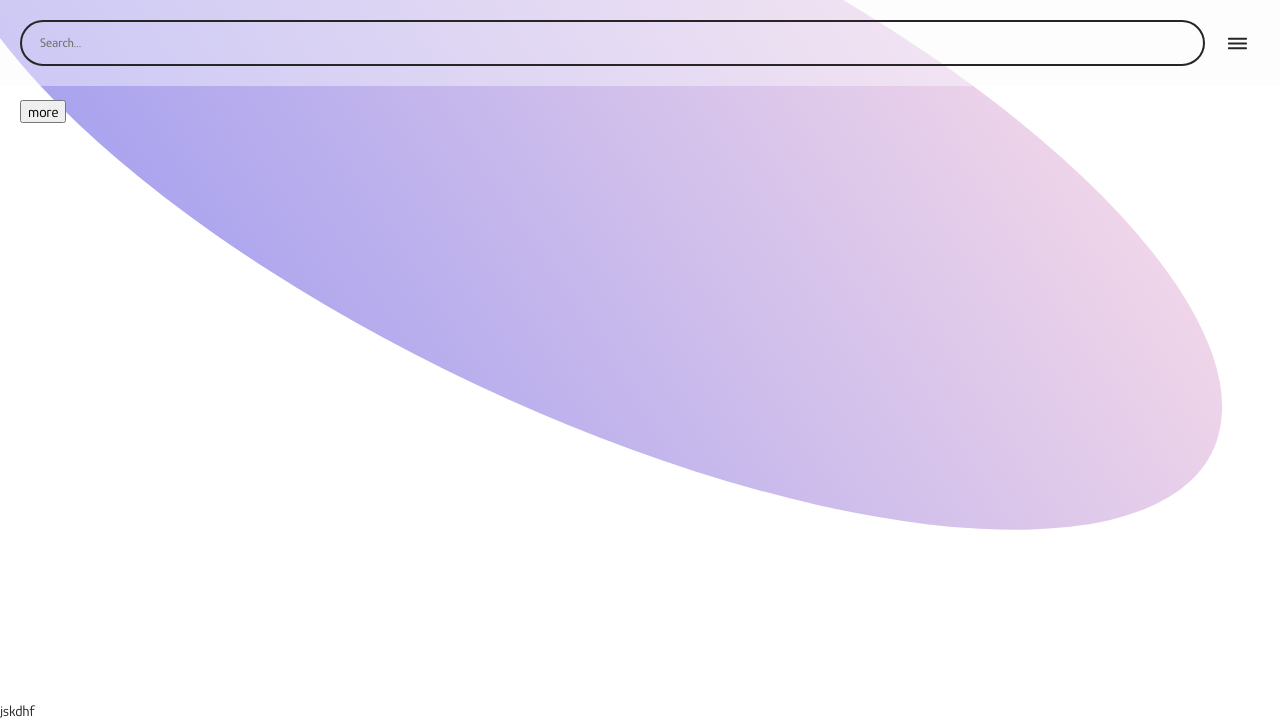
Repository: Axeliriya/my-test
Page: /
These files come from the project's save history. The page is drawn as it stood at one moment and after the next save; the edit follows.
The browser window is 1280 px wide. The pictures show the whole page.
The page's requests for data from a server got no answer. The project was rebuilt for these pictures with package versions that can differ from the ones it lists, and the page was loaded fresh each time. No one was signed in, and anything a server would have sent is missing. Also part of the build but not shown: src/components/ProductList/ProductList.tsx, src/components/ProductItem/ProductItem.tsx.

Above is the page before, as saved 2022-04-05 15:50:12.

### public/index.html
<!DOCTYPE html>
<html lang="en">
  <head>
    <meta charset="utf-8" />
    <link rel="icon" href="%PUBLIC_URL%/favicon.ico" />
    <meta name="viewport" content="width=device-width, initial-scale=1" />
    <meta name="theme-color" content="#9796F0" />
    <title>React App</title>
  </head>
  <body>
    <div id="root"></div>
  </body>
</html>

### src/index.tsx
import { createRoot } from 'react-dom/client';
import { App } from './components';
import './assets/styles/main.scss';

const root = createRoot(document.getElementById('root') as HTMLDivElement);
root.render(<App />);

### src/components/index.ts
export * from './App/App';
export * from './Layout/Layout';
export * from './Header/Header';
export * from './Button/Button';
export * from './Input/Input';
export * from './ProductList/ProductList';
export * from './ProductItem/ProductItem';
export * from './Main/Main';

### src/assets/styles/main.scss
@import './base/normalize';
@import './base/fonts';
@import './utils/variables';
@import './utils/mixins';
@import './utils/placeholder';
@import './base/body';

### src/components/App/App.tsx
import { useEffect, useState } from 'react';
import { Layout, ProductList } from '..';
import { ProductModel } from '../../interfaces/product.interface';
import { getProducts } from '../../services/api-service';
import styles from './App.module.scss';
// import { AppProps } from './App.props';

export const App = (): JSX.Element => {
  return (
    <div className={styles.app}>
      <Layout />
    </div>
  );
};

### src/components/Layout/Layout.tsx
import { Header, Input, Main } from '..';
import styles from './Layout.module.scss';
import { LayoutProps } from './Layout.props';

export const Layout = ({ children }: LayoutProps): JSX.Element => {
  return (
    <div className={styles.layout}>
      <Header>
        <Input placeholder="Search..." />
      </Header>
      <Main />
      <footer className={styles.main}>jskdhf</footer>
    </div>
  );
};

### src/components/Header/Header.tsx
/* eslint-disable no-constant-condition */
import styles from './Header.module.scss';
import { HeaderProps } from './Header.props';
import { ReactComponent as Burger } from './burger.svg';
import { ReactComponent as Search } from './search.svg';
import { Button } from '..';

export const Header = ({ children, ...props }: HeaderProps): JSX.Element => {
  return (
    <header className={styles.header} {...props}>
      <div className={styles.wrapper}>
        {false ? (
          <>
            <a className={styles.logo} href="/">
              Сlothes
            </a>
            <Button>
              <Search />
            </Button>
          </>
        ) : (
          <div className={styles.input}>{children}</div>
        )}
      </div>
      <Button>
        <Burger />
      </Button>
    </header>
  );
};

### src/components/Button/Button.tsx
import styles from './Button.module.scss';
import { ButtonProps } from './Button.props';
import cn from 'classnames';

export const Button = ({
  appearance,
  children,
  className,
  ...props
}: ButtonProps) => {
  return (
    <button
      className={cn(styles.button, className, {
        [styles.primary]: appearance === 'primary',
        [styles.green]: appearance === 'green',
        [styles.ghost]: appearance === 'ghost',
      })}
      {...props}
    >
      {children}
    </button>
  );
};

### src/components/Input/Input.tsx
import styles from './Input.module.scss';
import { InputProps } from './Input.props';
import cn from 'classnames';

export const Input = ({ className, ...props }: InputProps): JSX.Element => {
  return <input className={cn(styles.input, className)} {...props} />;
};

### src/components/Main/Main.tsx
import { useEffect, useState } from 'react';
import { ProductList } from '..';
import { ProductModel } from '../../interfaces/product.interface';
import { getProducts } from '../../services/api-service';
import styles from './Main.module.scss';

export const Main = (): JSX.Element => {
  const [products, setProducts] = useState<ProductModel[]>();
  const [fullList, setFullist] = useState<ProductModel[]>();
  const [page, setPage] = useState<number>(1);

  useEffect(() => {
    const fetch = async () => {
      const { data } = await getProducts();
      setFullist(data?.data?.products);

      const productList = getListByPage(page, data?.data?.products);

      setProducts(productList);
    };
    fetch();
  }, [page]);

  function getListByPage(pageNumber: number, fullList: ProductModel[]) {
    if (pageNumber < 1) return [];

    const itemsPerPage = 10;
    const start = (pageNumber - 1) * itemsPerPage;
    const end = start + itemsPerPage;
    return fullList.slice(start, end);
  }

  const onClickPage = (nextPage: number) => {
    setPage((nextPage += 1));
    fullList && getListByPage(page, fullList);
  };
  return (
    <main className={styles.main}>
      {products && <ProductList products={products} />}
      {/* <ul>
    {products?.map(product => (
      <li key={product.name}>{product.name}</li>
    ))}
  </ul> */}
      <button onClick={() => onClickPage(page)}>more</button>
      <div className={styles.bg} />
    </main>
  );
};

### src/assets/styles/base/_fonts.scss
@font-face {
  font-family: 'Glory';
  font-style: normal;
  font-weight: 400;
  src: url('../../fonts/glory-regular.woff2') format('woff2'),
    url('../../fonts/glory-regular.ttf') format('ttf');
}

@font-face {
  font-family: 'Glory';
  font-style: normal;
  font-weight: 500;
  src: url('../../fonts/glory-medium.woff2') format('woff2'),
    url('../../fonts/glory-medium.ttf') format('ttf');
}

@font-face {
  font-family: 'Glory';
  font-style: normal;
  font-weight: 600;
  src: url('../../fonts/glory-semibold.woff2') format('woff2'),
    url('../../fonts/glory-semibold.ttf') format('ttf');
}

@font-face {
  font-family: 'Glory';
  font-style: normal;
  font-weight: 700;
  src: url('../../fonts/glory-bold.woff2') format('woff2'),
    url('../../fonts/glory-bold.ttf') format('ttf');
}

### src/assets/styles/utils/_variables.scss
$primary-color: #ffffff;
$primary-text-color: #272525;
$alternate-bg-color: #eef1f6;
$secondery-text-color: #454747;
$secondery-color: #3c336c;
$accent-color: #309f85;
$light-color: #c4c4c4;
$main-gradient: linear-gradient(38.95deg, #9796f0 -10.38%, #ffe0e8 107.56%);

$cubic: 250ms cubic-bezier(0.4, 0, 0.2, 1);

$font: Glory, sans-serif;

### src/assets/styles/utils/_mixins.scss
@mixin font($weight, $size, $line-height: 1.3, $family: $font) {
  font-family: $family;
  font-weight: $weight;
  font-size: $size;
  line-height: $line-height;
}

### src/assets/styles/utils/_placeholder.scss
%link {
  text-decoration: none;
}

%list {
  list-style: none;
  margin: 0;
  padding: 0;
}

%input {
  @include font(500, 13px, 1.4);
  padding: 12px 18px;
  background: transparent;
  color: $primary-text-color;
  border: 2px solid $primary-text-color;
  border-radius: 50px;
}

%btn-icon {
  padding: 10px;
  background-color: transparent;
  border: 1px solid transparent;
  border-radius: 5px;
  cursor: pointer;
  transition: all $cubic;
}

%btn {
  @include font(500, 13px, 1.4);
  color: $primary-color;
  padding: 12px 18px;
  border-radius: 50px;
}

### src/assets/styles/base/_body.scss
img {
  display: block;
  width: 100%;
  height: auto;
}

body {
  margin: 0;
  background-color: $primary-color;
  color: $primary-text-color;
  @include font(400, 15px);
}

code {
  font-family: source-code-pro, Menlo, Monaco, Consolas, 'Courier New',
    monospace;
}

### src/components/App/App.module.scss
// .app {
//   min-height: 100vh;
//   display: grid;
//   grid-template-rows: 1fr;
// }

@media screen and (min-width: 520px) {
  .app {
    grid-template-columns: auto 1fr auto;
  }
}

@media screen and (min-width: 682px) {
  .app {
    grid-template-columns: auto 665px auto;
  }
}

### src/components/Layout/Layout.module.scss
.layout {
  display: grid;
  grid-template-columns: auto 1fr auto;
  grid-template-rows: 1fr auto;
  min-height: 100vh;
}

.footer {
  grid-column: 1 / -1;
}

@media screen and (min-width: 520px) {
  .app {
    grid-template-columns: auto 1fr auto;
  }
}

@media screen and (min-width: 682px) {
  .app {
    grid-template-columns: auto 665px auto;
  }
}

### src/components/Header/Header.module.scss
@import '../../assets/styles/main.scss';

.header {
  position: fixed;
  width: 100%;
  display: flex;
  justify-content: space-between;
  align-items: center;
  background: rgba(250, 251, 253, 0.44);
  padding: 20px;
}

.wrapper {
  width: 100%;
  display: flex;
  justify-content: space-between;
  align-items: center;
  margin-right: 10px;
}

.logo {
  @extend %link;
  font-weight: 700;
  font-size: 36px;
  line-height: 105.5%;
  color: $primary-text-color;
  &:hover {
    color: $secondery-text-color;
  }
}

.input {
  width: 100%;
}

// @media screen and (min-width: 520px) {
//   .app {
//     grid-template-columns: auto 1fr auto;
//   }
// }

// @media screen and (min-width: 682px) {
//   .app {
//     grid-template-columns: auto 665px auto;
//   }
// }

### src/components/Button/Button.module.scss
@import '../../assets/styles/main.scss';

.button {
  @extend %btn-icon;
}

.button svg {
  display: block;
  width: 100%;
  height: auto;
}

.primary,
.green,
.ghost {
  @extend %btn;
  background-color: $secondery-color;
  &:hover {
    padding: 14px 20px;
    box-shadow: 0px 20px 50px rgba(0, 0, 0, 0.1);
    border-radius: 55px;
  }
}

.green {
  background-color: $accent-color;
}

.ghost {
  background-color: $light-color;
}

### src/components/Input/Input.module.scss
@import '../../assets/styles/main.scss';

.input {
  width: 100%;
  @extend %input;
  &:focus {
    border: 1px solid $primary-text-color;
  }
}

### src/components/ProductList/ProductList.module.scss
@import '../../assets/styles/main.scss';

.users {
  display: grid;
  gap: 12px;

  @extend %list;
}

### src/services/api-service.ts
import axios from 'axios';

axios.defaults.baseURL = `https://artisant.io/api`;

export const getProducts = async () => {
  return await axios.get(`/products`);
};

### src/components/Main/Main.module.scss
@import '../../assets/styles/main.scss';

.main {
  padding: 100px 20px 20px 20px;
  grid-column: 1 / -1;
}

.bg {
  position: absolute;
  top: 0;
  left: -60px;
  z-index: -1;
  width: 100%;
  height: 300px;
  background: $main-gradient;
  transform: skew(10deg, 20deg) scale(1, 2);
  border-radius: 50%;
  overflow: hidden;
}

@media screen and (min-width: 520px) {
  // .main {
  //   grid-template-columns: auto 1fr;
  //   grid-template-rows: 1fr;
  //   grid-column: 2 / 3;
  // }
}

Loaded but not shown: src/assets/styles/base/_normalize.scss (common file)

After the next save:
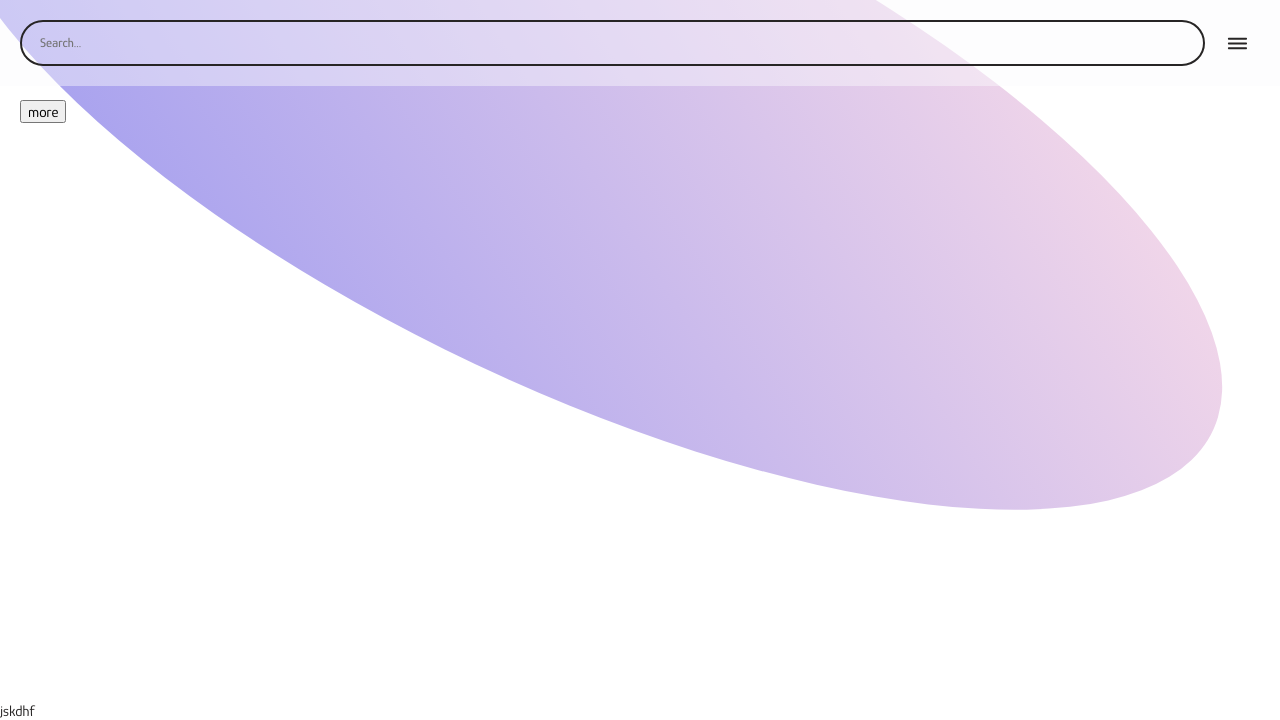
Saved 20 s later.
--- a/src/components/Main/Main.module.scss
+++ b/src/components/Main/Main.module.scss
@@ -7,7 +7,7 @@
 
 .bg {
   position: absolute;
-  top: 0;
+  top: -20px;
   left: -60px;
   z-index: -1;
   width: 100%;
